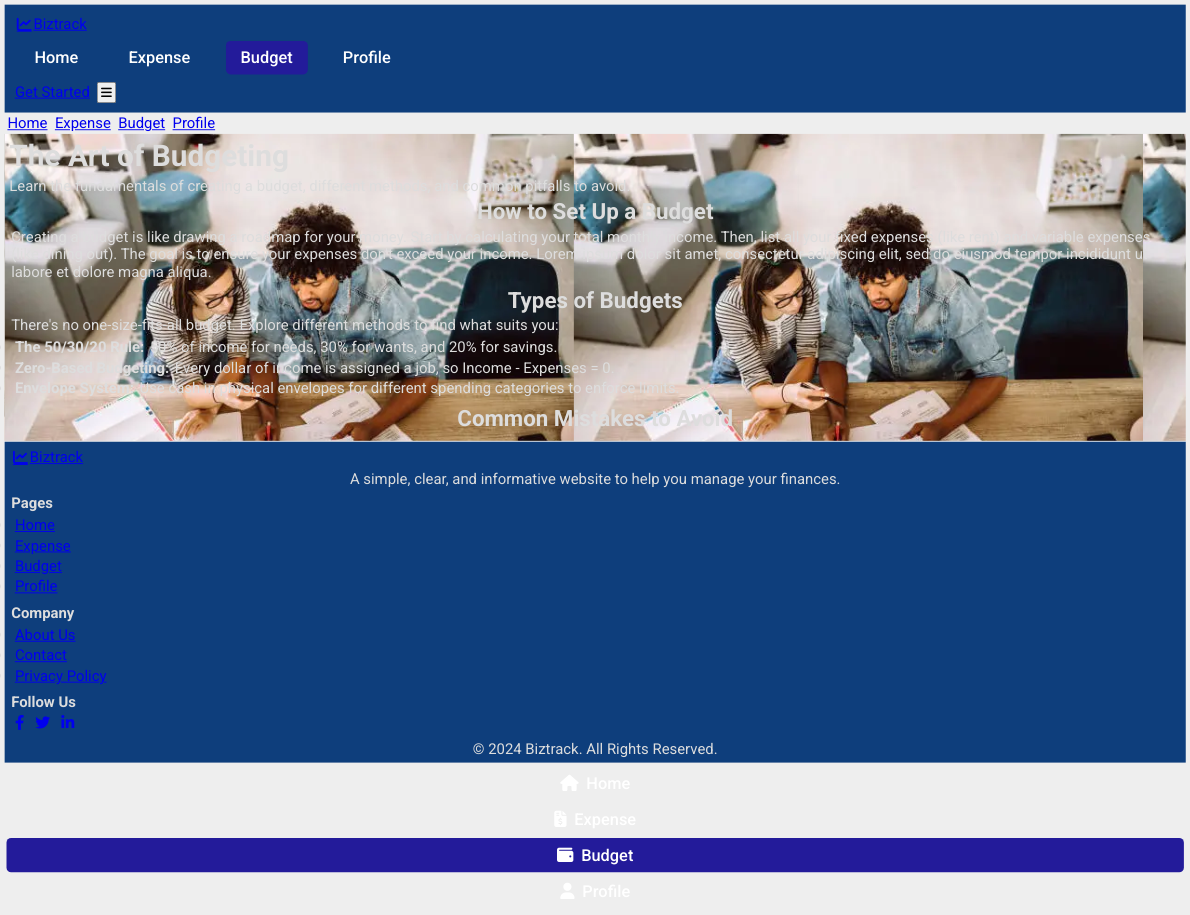
Repository: JoyUdoh106/wdd131
Page: project/budget.html
These files come from the project's save history. The page is drawn as it stood at one moment and after a run of saves; the edit follows.
The browser window is 1280 px wide. The pictures show the whole page, at 93% of full size.

Above is the page before, as saved 2025-08-10 19:06:54.
Console error: TypeError: Cannot set properties of null (setting 'textContent')

After the next 3 saves:
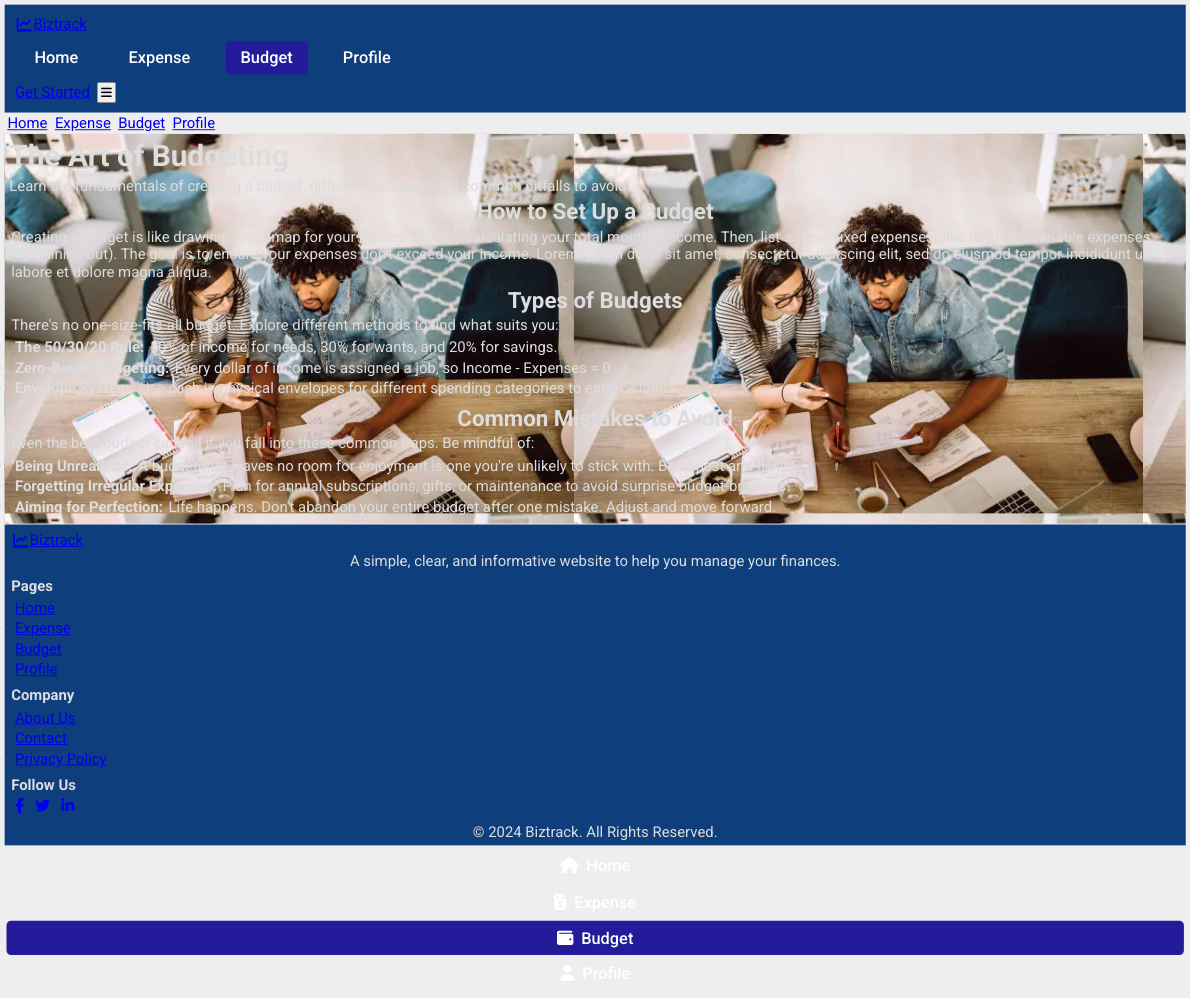
The 3 saves are shown as one change because they came seconds apart.
The last was saved 23 s later.
--- a/project/budget.html
+++ b/project/budget.html
@@ -64,7 +64,12 @@
 
             <article class="content-article reveal">
                 <h2>Common Mistakes to Avoid</h2>
-                <p></p>
+                <p>Even the best budget can fail if you fall into these common traps. Be mindful of:</p>
+    <ul>
+        <li><strong>Being Unrealistic:</strong> A budget that leaves no room for enjoyment is one you're unlikely to stick with. Be honest and flexible.</li>
+        <li><strong>Forgetting Irregular Expenses:</strong> Plan for annual subscriptions, gifts, or maintenance to avoid surprise budget-breakers.</li>
+        <li><strong>Aiming for Perfection:</strong> Life happens. Don't abandon your entire budget after one mistake. Adjust and move forward.</li>
+    </ul>
             </article>
         </div>
     </main>
